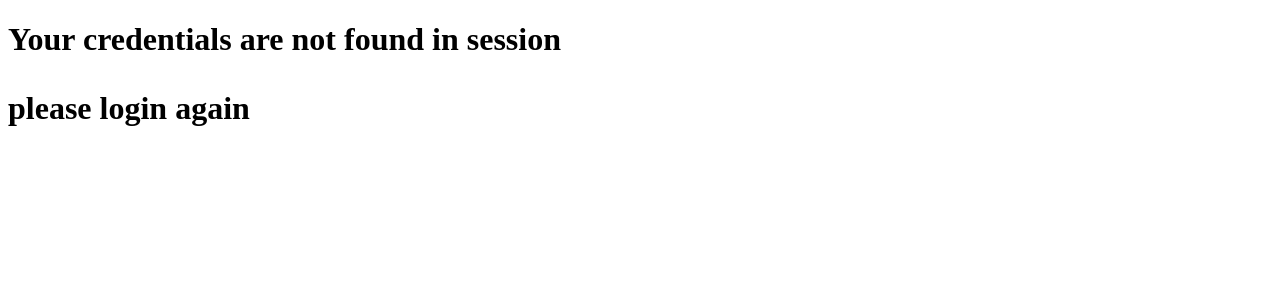
Repository: ZawMinKhantOrLeon/JavaEEWS
Page: http://localhost/jsp_servlet/session-home.jsp
An editor plug-in stored every save of this project. The page is shown before and after the next save, followed by the edit.
The browser window is 1280 px wide. The pictures show the whole page.
The page is served by Tomcat 10.

Above is the page before, as saved 2024-02-14 11:58:08.

After the next save:
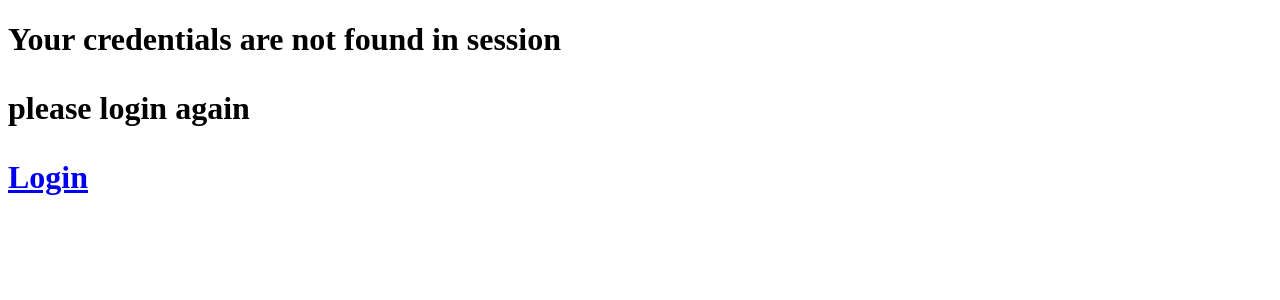
Saved 45 s later.
--- a/jsp_servlet/src/main/webapp/session-home.jsp
+++ b/jsp_servlet/src/main/webapp/session-home.jsp
@@ -18,6 +18,7 @@
 	    }else{
 	    	out.print("<h1> Your credentials are not found in session");
 	    	out.print("<p> please login again </p>");
+	    	out.print("<a href='session-login.jsp'> Login </a>");
 	    }
 	%>
 </body>
